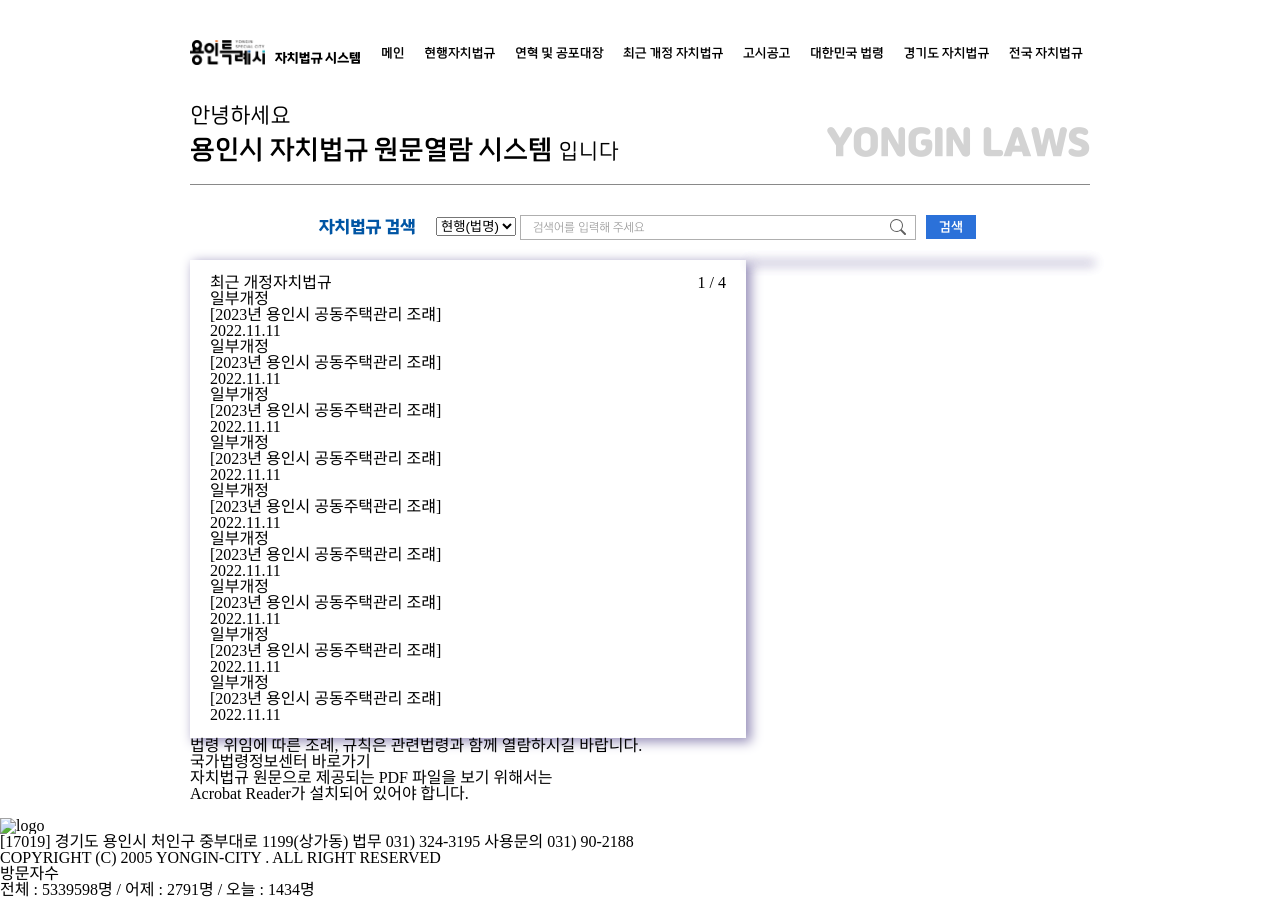
Repository: makeditWeb/yongin_laws
Page: index.html
An editor plug-in stored every save of this project. The page is shown before and after the next save, followed by the edit.
The browser window is 1280 px wide. The pictures show the whole page.

Above is the page before, as saved 2024-03-24 10:56:20.

### index.html
<!DOCTYPE html>
<html lang="en">
<head>
    <meta charset="UTF-8">
    <meta name="viewport" content="width=device-width, initial-scale=1.0">
    <title>자치법규 시스템</title>

    <link rel="stylesheet" href="./css/reset.css">
    <link rel="stylesheet" href="./css/style.css">
</head>
<body>

    <header>
        <div class="header_wrapp">
            <div class="logo">
                <img src="./img/logo.png" alt="logo">
                <p>자치법규 시스템</p>
            </div>
            <nav class="nav_item">
                <ul>
                    <li>
                        <a href="javascript:void(0)">메인</a>
                    </li>
                    <li>
                        <a href="javascript:void(0)">현행자치법규</a>
                    </li>
                    <li>
                        <a href="javascript:void(0)">연혁 및 공포대장</a>
                    </li>
                    <li>
                        <a href="javascript:void(0)">최근 개정 자치법규</a>
                    </li>
                    <li>
                        <a href="javascript:void(0)">고시공고</a>
                    </li>
                    <li>
                        <a href="javascript:void(0)">대한민국 법령</a>
                    </li>
                    <li>
                        <a href="javascript:void(0)">경기도 자치법규</a>
                    </li>
                    <li>
                        <a href="javascript:void(0)">전국 자치법규</a>
                    </li>
                </ul>
            </nav>
        </div>

    </header>


    <section class="section">
        <div class="greeting_wrap">
            <div class="greeting_left">
                <h3 class="sub-title">안녕하세요</h3>
                <p>용인시 자치법규 원문열람 시스템 <span>입니다</span></p>
            </div>
            <p class="greeting_right">
                YONGIN LAWS
            </p>
        </div>

        <div class="search_wrap">
            <p>자치법규 검색</p>
            <div class="search_bar">

                <form class="search-container">
                    <select>
                        <option value="1">현행(법명)</option>
                        <option value="2">현행(법명)</option>
                        <option value="3">현행(법명)</option>
                        <option value="4">현행(법명)</option>
                    </select>
                    <input type="text" id="search-bar" placeholder="검색어를 입력해 주세요">
                    <svg class="search-icon" xmlns="http://www.w3.org/2000/svg" width="16" height="16" fill="currentColor" class="bi bi-search" viewBox="0 0 16 16">
                        <path d="M11.742 10.344a6.5 6.5 0 1 0-1.397 1.398h-.001q.044.06.098.115l3.85 3.85a1 1 0 0 0 1.415-1.414l-3.85-3.85a1 1 0 0 0-.115-.1zM12 6.5a5.5 5.5 0 1 1-11 0 5.5 5.5 0 0 1 11 0"/>
                    </svg>
                </form>
            </div>
            <button type="button" class="btn search-btn"> 검색</button>
        </div>

        <div class="main_dash_wrapp">
            <div class="left_dashboard dashboad_box">

                <div class="dashboard_head">
                    <div class="dash_board_title">최근 개정자치법규</div>
                    <div class="dash_sub_right">
                        <div class="page">
                            <p>1 / 4</p>
                        </div>

                    </div>
                </div>
                <div class="dash_board_body">
                    <ul>
                        <li class="board_category">
                            일부개정
                        </li>
                        <li class="board_title">
                            [2023년 용인시 공동주택관리 조럐]
                        </li>
                        <li class="board_date">
                            2022.11.11
                        </li>
                    </ul>
                    <ul>
                        <li class="board_category">
                            일부개정
                        </li>
                        <li class="board_title">
                            [2023년 용인시 공동주택관리 조럐]
                        </li>
                        <li class="board_date">
                            2022.11.11
                        </li>
                    </ul>
                    <ul>
                        <li class="board_category">
                            일부개정
                        </li>
                        <li class="board_title">
                            [2023년 용인시 공동주택관리 조럐]
                        </li>
                        <li class="board_date">
                            2022.11.11
                        </li>
                    </ul>
                    <ul>
                        <li class="board_category">
                            일부개정
                        </li>
                        <li class="board_title">
                            [2023년 용인시 공동주택관리 조럐]
                        </li>
                        <li class="board_date">
                            2022.11.11
                        </li>
                    </ul>
                    <ul>
                        <li class="board_category">
                            일부개정
                        </li>
                        <li class="board_title">
                            [2023년 용인시 공동주택관리 조럐]
                        </li>
                        <li class="board_date">
                            2022.11.11
                        </li>
                    </ul>
                    <ul>
                        <li class="board_category">
                            일부개정
                        </li>
                        <li class="board_title">
                            [2023년 용인시 공동주택관리 조럐]
                        </li>
                        <li class="board_date">
                            2022.11.11
                        </li>
                    </ul>
                    <ul>
                        <li class="board_category">
                            일부개정
                        </li>
                        <li class="board_title">
                            [2023년 용인시 공동주택관리 조럐]
                        </li>
                        <li class="board_date">
                            2022.11.11
                        </li>
                    </ul>
                    <ul>
                        <li class="board_category">
                            일부개정
                        </li>
                        <li class="board_title">
                            [2023년 용인시 공동주택관리 조럐]
                        </li>
                        <li class="board_date">
                            2022.11.11
                        </li>
                    </ul>
                    <ul>
                        <li class="board_category">
                            일부개정
                        </li>
                        <li class="board_title">
                            [2023년 용인시 공동주택관리 조럐]
                        </li>
                        <li class="board_date">
                            2022.11.11
                        </li>
                    </ul>
                </div>

            </div>

            <div class="right_dashboard">
                <div class="grid_wrap dashboad_box">
                    <div class="grid_dashboard grid-width70">

                    </div>
                    <div class="grid_dashboard grid-width30">

                    </div>
                </div>
                <div class="grid_bottom dashboad_box">

                </div>
            </div>
        </div>


        <div class="">
            <p>법령 위임에 따른 조례, 규칙은 관련법령과 함께 열람하시길 바랍니다.</p>
            <div class="link_short">
                국가법령정보센터 바로가기
            </div>
        </div>
        <div>
            <p>자치법규 원문으로 제공되는 PDF 파일을 보기 위해서는
            <br>Acrobat Reader가 설치되어 있어야 합니다.</p>
            <div class="icon_permi">
                <img src="">
            </div>
        </div>

    </section>

    <footer>
        <div class="footer_wrapp">
            <div class="footer_wrapp_left">
                <div class="logo">
                    <img src="" alt="logo">
                </div>
                <div class="company_info">
                    <p>[17019] 경기도 용인시 처인구 중부대로 1199(상가동)     법무  031) 324-3195    사용문의   031)  90-2188 </p>
                    <p> COPYRIGHT (C) 2005 YONGIN-CITY .  ALL  RIGHT  RESERVED</p>
                </div>
            </div>
            <div class="footer_wrapp_right">
                <p class="footer_wrap_span">방문자수</p>
                <p class="footer_wrap_text">전체 : 5339598명 / 어제 : 2791명 / 오늘 : 1434명</p>
            </div>

        </div>

    </footer>
</body>
</html>

### css/style.css
:root{

}

/* font */

/* KoPubWorld-Batang */
@font-face {
    font-family: 'KoPBatang';
    font-weight: 300;
    src: url('../fonts/KoPubWorld-Batang-Light.otf') format(otf),
        url('../fonts/KoPubWorld-Batang-Light.woff2') format(woff2);
}

@font-face {
    font-family: 'KoPBatang';
    font-weight: 500;
    src: url('../fonts/KoPubWorld-Batang-Medium.otf') format(otf),
        url('../fonts/KoPubWorld-Batang-Medium.woff2') format(woff2);
}

@font-face {
    font-family: 'KoPBatang';
    font-weight: 700;
    src: url('../fonts/KoPubWorld-Batang-Bold.otf') format(otf),
        url('../fonts/KoPubWorld-Batang-Bold.woff2') format(woff2);
}

/* KoPubWorld-Dotum  */

@font-face {
    font-family: 'KoPDotum';
    font-weight: 300;
    src: url('../fonts/KoPubWorld-Dotum-Light.otf') format(otf),
        url('../fonts/KoPubWorld-Dotum-Light.woff2') format(woff2);
}

@font-face {
    font-family: 'KoPBatang';
    font-weight: 500;
    src: url('../fonts/KoPubWorld-Dotum-Medium.otf') format(otf),
        url('../fonts/KoPubWorld-Dotum-Medium.woff2') format(woff2);
}

@font-face {
    font-family: 'KoPBatang';
    font-weight: 700;
    src: url('../fonts/KoPubWorld-Dotum-Bold.otf') format(otf),
        url('../fonts/KoPubWorld-Dotum-Bold.woff2') format(woff2);
}


/* TheJamsil */


@font-face {
    font-family: 'TheJamsil';
    font-weight:100;
    src: url('../fonts/TheJamsil-Thin.otf') format(otf),
        url('../fonts/TheJamsil-Thin.woff2') format(woff2);
}

@font-face {
    font-family: 'TheJamsil';
    font-weight: 300;
    src: url('../fonts/TheJamsil-Light.otf') format(otf),
        url('../fonts/TheJamsil-Light.woff2') format(woff2);
}

@font-face {
    font-family: 'TheJamsil';
    font-weight: 400;
    src: url('../fonts/TheJamsil-Regular.otf') format(otf),
        url('../fonts/TheJamsil-Regular.woff2') format(woff2);
}


@font-face {
    font-family: 'TheJamsil';
    font-weight: 500;
    src: url('../fonts/TheJamsil-Medium.otf') format(otf),
        url('../fonts/TheJamsil-Medium.woff2') format(woff2);
}

@font-face {
    font-family: 'TheJamsil';
    font-weight: 700;
    src: url('../fonts/TheJamsil-Bold.otf') format(otf),
        url('../fonts/TheJamsil-Bold.woff2') format(woff2);
}

@font-face {
    font-family: 'TheJamsil';
    font-weight: 800;
    src: url('../fonts/TheJamsil-ExtraBold.otf') format(otf),
        url('../fonts/TheJamsil-ExtraBold.woff2') format(woff2);
}


/* Jalna */

@font-face {
    font-family: 'Jalnan';
    src: url('../fonts/JalnanOTF00.otf') format(otf),
        url('../fonts/JalnanOTF00.woff2') format(woff2);
}

/*  NPSfont */

@font-face {
    font-family: 'NPSfont';
    src: url('../fonts/NPSfontBold.otf') format(otf),
        url('../fonts/NPSfontBold.woff2') format(woff2);
}


.section{
    max-width: 900px;
    margin: 0 auto;
}

button{
    box-shadow: none;
    outline: none;
}
/* main */


/* header */
.header_wrapp{
    max-width: 900px;
    margin: 0 auto;
    padding: 40px 0;
    display: flex;
    align-items: center;
}

header .logo{
    display: flex;
    align-items: flex-end;
    margin-right: 20px;
}

header .logo img{
    width: 75px;
    height: auto;
}

header .logo p{
    font-family: 'TheJamsil',sans-serif;
    font-size: 13px;
    margin-left: 10px;
    font-weight: 700;
}

.nav_item ul{
    display: flex;
    align-items: center;
    justify-content: space-between;
}

.nav_item{
    width: 78%;
}

.nav_item li{
    font-family: 'TheJamsil',sans-serif;

}

.nav_item li a{
    font-size: 13px;
    font-weight: 400;
    color: #000;
    text-decoration: none;
}


/* dashboard */

.greeting_wrap{
    width: 100%;
    display: flex;
    align-items: flex-end;
    justify-content: space-between;
    font-family: 'TheJamsil',sans-serif;
    padding-bottom: 20px;
    border-bottom: 1px solid #898989;
}

.greeting_wrap .greeting_left .sub-title{
    font-weight: 300;
    font-size: 22px;
}

.greeting_wrap .greeting_left p{
    font-size: 27px;
    font-weight: 400;
    margin-top: 10px;
}

.greeting_wrap  .greeting_left p span{
    font-size: 22px;
    font-weight: 300;
}

.greeting_wrap .greeting_right{
    font-family: 'Jalnan', sans-serif;
    font-size: 36px;
    color: #d3d3d3;
}

.search_wrap{
    padding: 30px 20px 20px 35px;
    display: flex;
    align-items: center;
    justify-content: center;
}

.search_wrap p{
    font-family: 'TheJamsil';
    color: #0055a4;
    font-size: 17px;
    font-weight: 700;

}

.search_bar{
    margin: 0 10px 0 20px;
}

.search_bar input{
    width: 396px;
    height: 25px;
    border:1px solid #afafaf;
    font-family: 'KoPDotum',sans-serif;
    padding: 10px 12px;
    box-sizing: border-box;
}

.search_bar input:focus{
    outline: none;
}

.search_bar input::placeholder{
    font-size: 12px;
    color: #999999;
}

.search_bar form{
    position: relative;
}

.search_bar .search-icon{
    top: 50%;
    right: 10px;
    transform: translate(0,-50%);
    position: absolute;
    fill: #606060;
}

.search_wrap .search-btn{
    width: 50px;
    height: 24px;
    display: flex;
    align-items: center;
    justify-content: center;
    background-color: #2b71d9;
    color: #fff;
    font-family: 'TheJamsil',sans-serif;
    font-weight: 400;
    border: none;
}


/* dashboard */

.main_dash_wrapp{
    display: flex;
    width: 100%;
}

.main_dash_wrapp .dashboad_box{
    -webkit-box-shadow: 4px 3px 11px 1px #9891BA;
box-shadow: 4px 3px 11px 1px #9891BA;
}

.main_dash_wrapp .left_dashboard{
    width: 60%;
    padding: 15px 20px;
}


.main_dash_wrapp .right_dashboard{
    width: 40%;
}

.main_dash_wrapp .dashboard_head{
    display: flex;
    align-items: center;
    justify-content: space-between;
}

Loaded but not shown: css/reset.css (common file)

After the next save:
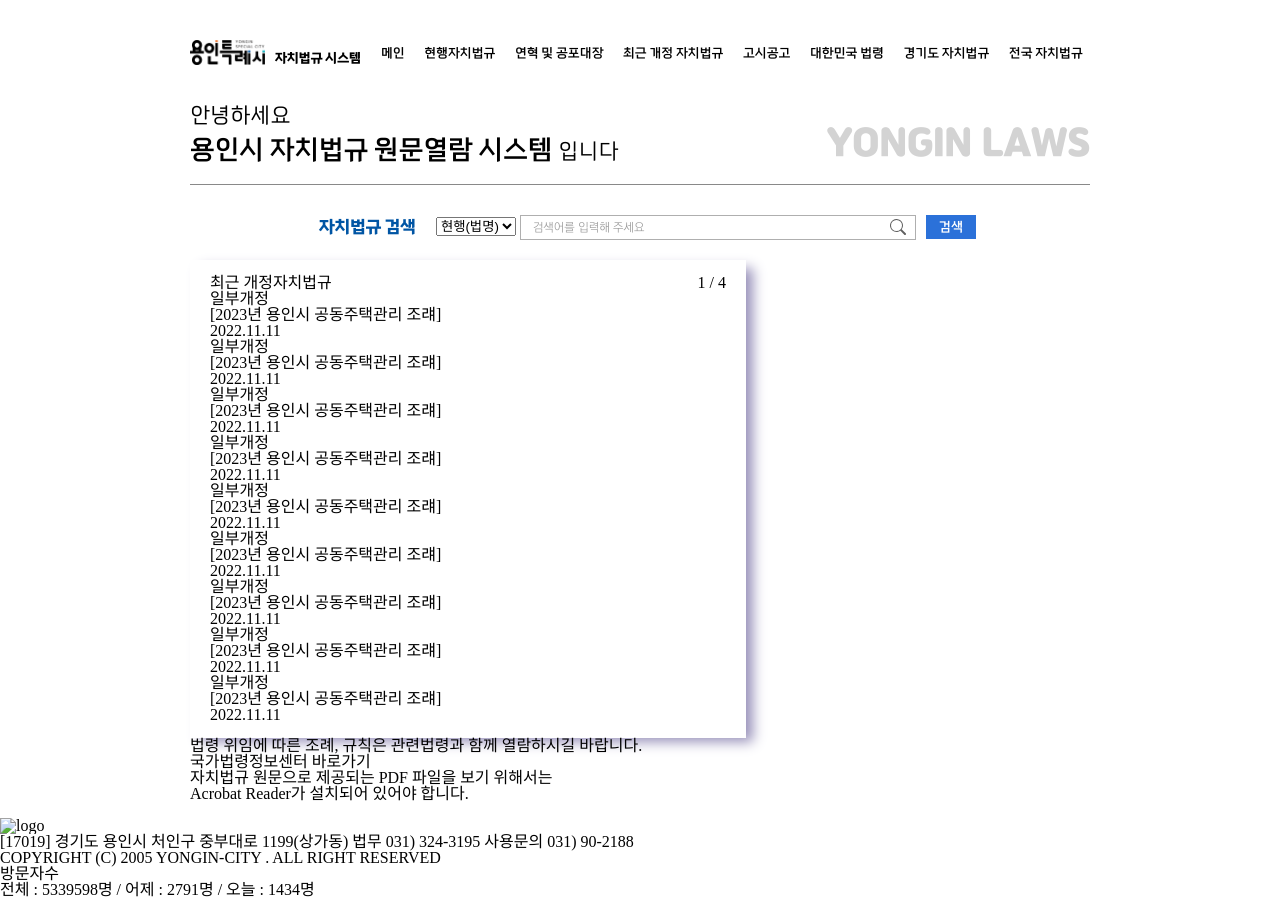
Saved 50 s later.
--- a/css/style.css
+++ b/css/style.css
@@ -281,8 +281,8 @@
 }
 
 .main_dash_wrapp .dashboad_box{
-    -webkit-box-shadow: 4px 3px 11px 1px #9891BA;
-box-shadow: 4px 3px 11px 1px #9891BA;
+    -webkit-box-shadow: 9px 6px 12px -2px #9891BA;
+    box-shadow: 9px 6px 12px -2px #9891BA;
 }
 
 .main_dash_wrapp .left_dashboard{
